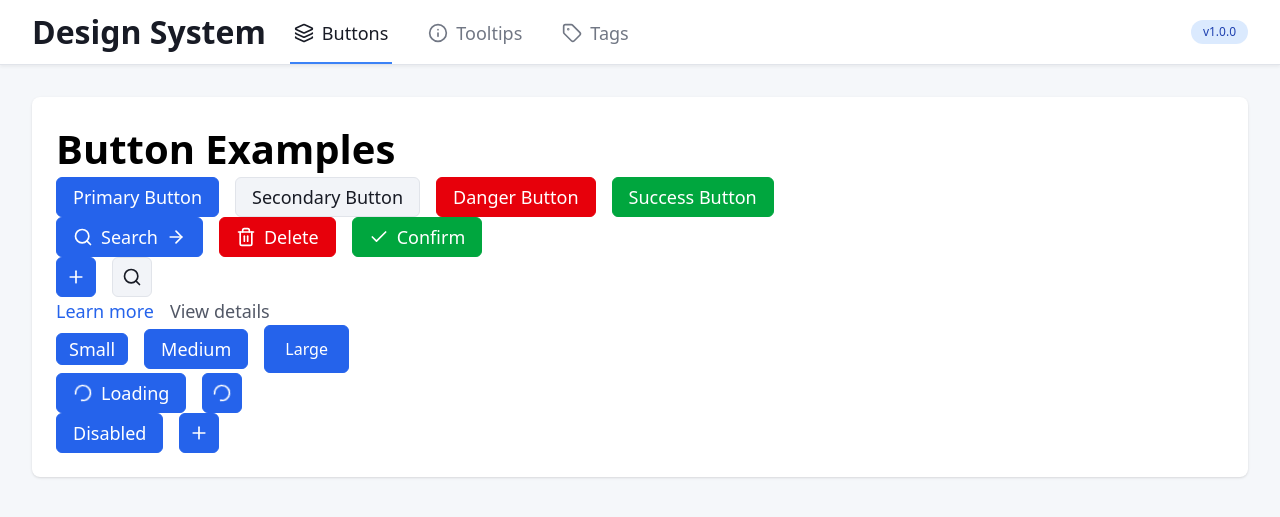
Repository: vinit-juspay/design-system
Page: /
The author's editor kept a copy of each file at every save. The page is drawn from the files as they stood at one save, then again after the next save.
The browser window is 1280 px wide. The pictures show the whole page.
Some web fonts or font styles are not loaded; a fallback is used. The project was rebuilt for these pictures with package versions that can differ from the ones it lists, and the page was loaded fresh each time. Also part of the build but not shown: vite.config.ts, src/lib/utils.ts, src/themeConfig.ts, src/components/button/Button.utils.ts, src/components/button/Button.tsx, src/components/tooltip/Tooltip.utils.ts, src/components/tooltip/Tooltip.tsx, lib/components/Tags/utils.ts and 1 more.

Above is the page before, as saved 2025-04-05 19:27:15.

After the next save:
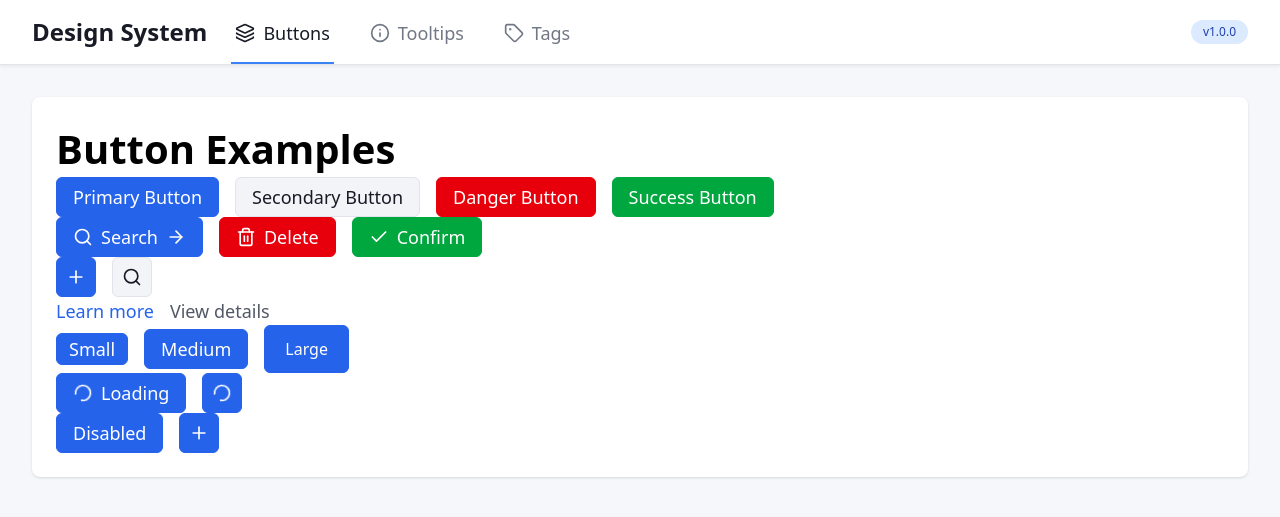
Saved 36 s later.
--- a/src/App.tsx
+++ b/src/App.tsx
@@ -17,7 +17,7 @@ const App = () => {
         <div className="flex justify-between h-16">
           <div className="flex">
             <div className="flex-shrink-0 flex items-center">
-              <span className="text-xl font-bold text-gray-900">Design System</span>
+              <span className="text-lg font-bold text-gray-900">Design System</span>
             </div>
             <div className="hidden sm:ml-6 sm:flex sm:space-x-8">
               <button
